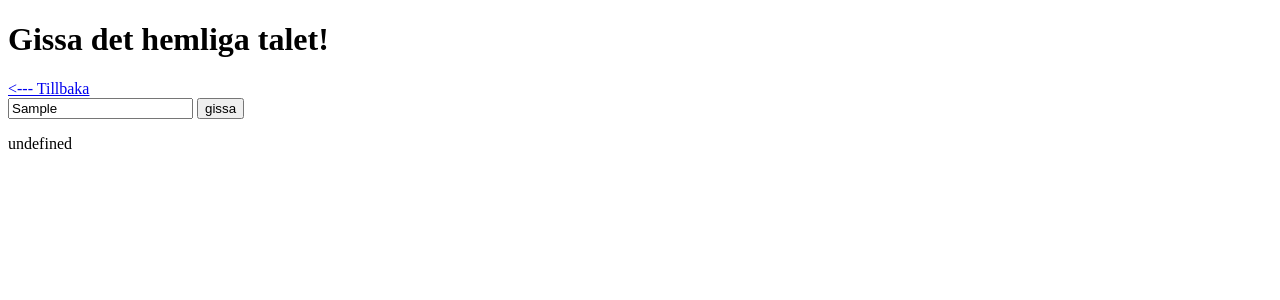
Repository: LindaOtt/1dv403-lo222hd-laborationer
Page: 1-vandalen/guess/index.html
The author's editor kept a record of every edit. The page is drawn from the files as they stood at one moment, then again after the next edit.
The browser window is 1280 px wide. The pictures show the whole page.
Empty fields were first filled with sample values (such as "Sample", 5 or name@example.com).
After loading, the first visible `#send` was clicked once.

Above is the page before.

After the next edit:
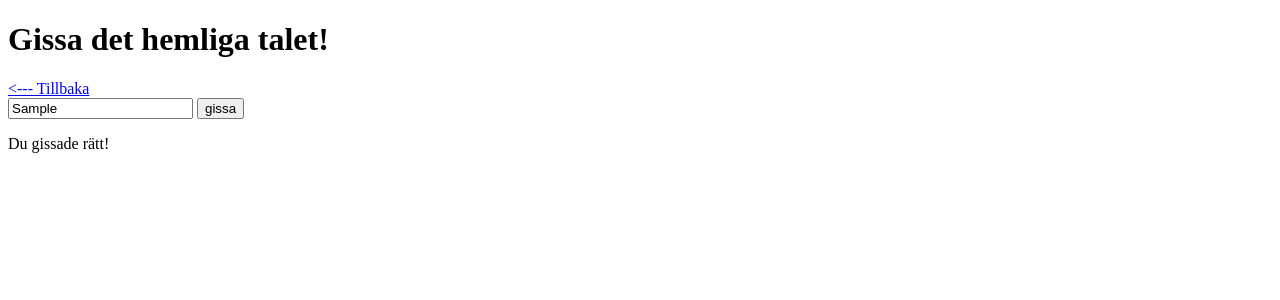
The edit:
--- a/1-vandalen/guess/script.js
+++ b/1-vandalen/guess/script.js
@@ -26,7 +26,7 @@
 
 			default:
 				alert("Du gissade rätt!");
-				answer[0] = "Du gissade rätt!";
+				answer[1] = "Du gissade rätt!";
 				return answer;
 		}
 
